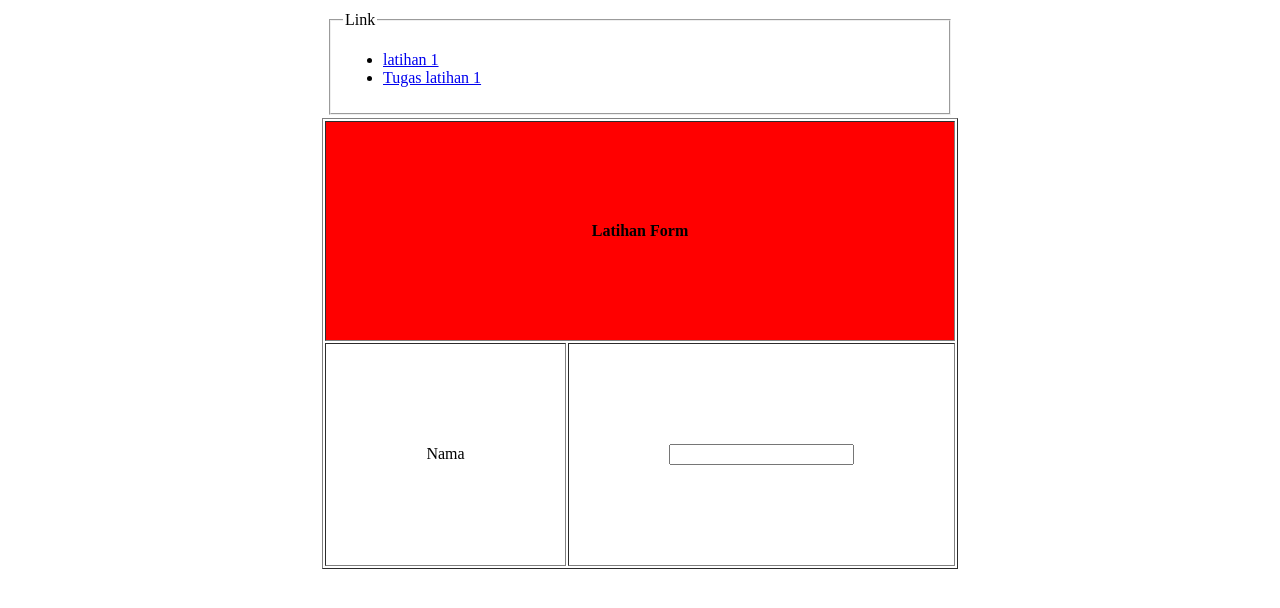
Repository: AHSANS354/tugas-sib5
Page: latihanform.html
These files come from the project's save history. The page is drawn as it stood at one moment and after the next save; the edit follows.
The browser window is 1280 px wide. The pictures show the whole page.

Above is the page before, as saved 2023-08-21 11:29:56.

After the next save:
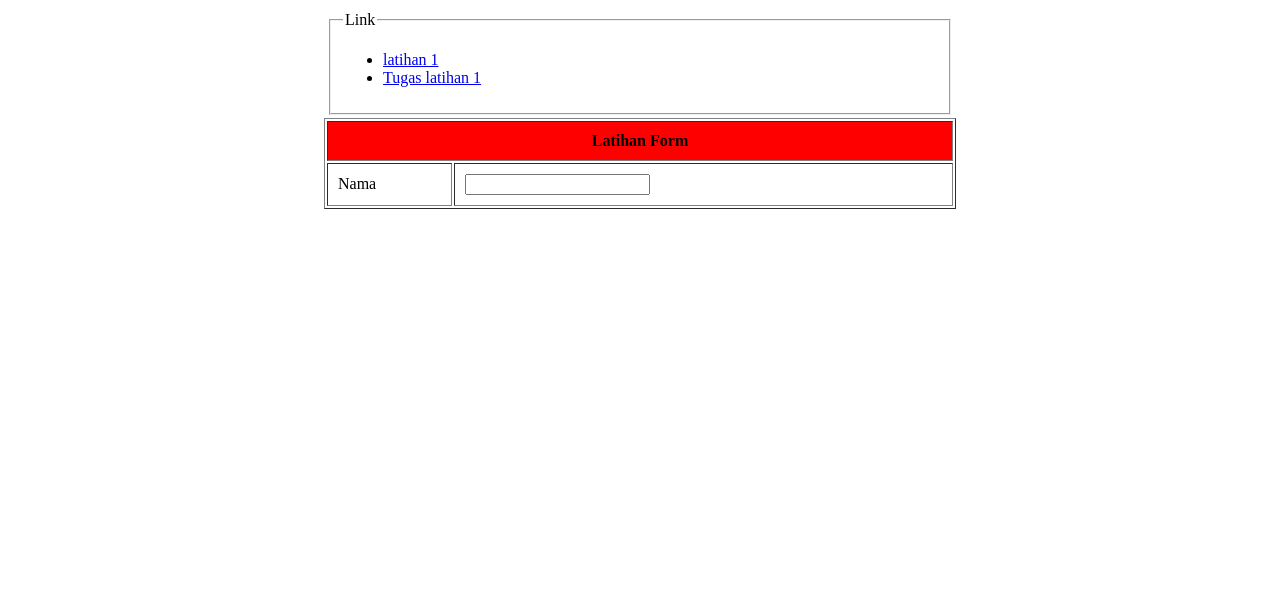
Saved 8 s later.
--- a/latihanform.html
+++ b/latihanform.html
@@ -24,7 +24,7 @@
       </tr>
     </table>
 
-    <table border="1" width="50%" align="center" cellpadding="100">
+    <table border="1" width="50%" align="center" cellpadding="10">
       <tr>
         <th colspan="2" bgcolor="red">Latihan Form</th>
       </tr>
